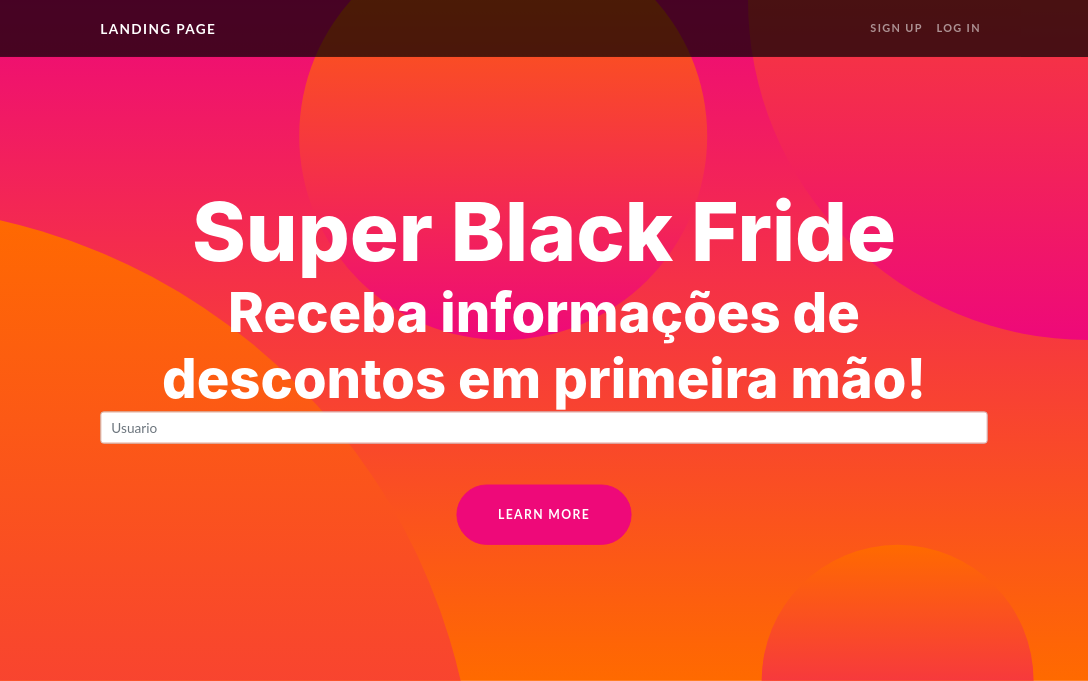
Repository: jrfalcao/landing-page
Page: /
These files come from the project's save history. The page is drawn as it stood at one moment and after the next save; the edit follows.
The browser window is 1280 px wide. The pictures show the whole page, at 85% of full size.
The project was rebuilt for these pictures with package versions that can differ from the ones it lists, and the page was loaded fresh each time.

Above is the page before, as saved 2021-07-18 16:57:25.

### src/App.js
import NavBar from './Components/NavBar';
import Header from './Components/Header';
import './App.css';

function App() {
  return (
    <div className="App">
      <NavBar />
      <Header />
    </div>
  );
}

export default App;

### src/Components/NavBar.js
export default function NavBar() {
	return (
		<nav className="navbar navbar-expand-lg navbar-dark navbar-custom fixed-top">
			<div className="container px-5">
				<a className="navbar-brand" href="#page-top">Landing Page</a>
				<button className="navbar-toggler" type="button" data-bs-toggle="collapse" data-bs-target="#navbarResponsive" aria-controls="navbarResponsive" aria-expanded="false" aria-label="Toggle navigation"><span class="navbar-toggler-icon"></span></button>
				<div className="collapse navbar-collapse" id="navbarResponsive">
					<ul className="navbar-nav ms-auto">
						<li className="nav-item"><a class="nav-link" href="#!">Sign Up</a></li>
						<li className="nav-item"><a class="nav-link" href="#!">Log In</a></li>
					</ul>
				</div>
			</div>
		</nav>
	);
}

### src/Components/Header.js
import React, {useState} from 'react';

export default function Header() {
	const [ email, setEmail ] = useState('');

	return (
		<header className="masthead text-center text-white">
			<div className="masthead-content">
				<div className="container px-5">
					<h1 className="masthead-heading mb-0">Super Black Fride</h1>
					<h3 className="masthead-subheading mb-0">Receba informações de descontos em primeira mão!</h3>
					<input className="form-control" value={email} placeholder="Usuario" onChange={ e => setEmail(e.target.value)} />
					<a className="btn btn-primary btn-xl rounded-pill mt-5" href="#scroll">Learn More</a>
				</div>
			</div>
			<div className="bg-circle-1 bg-circle"></div>
			<div className="bg-circle-2 bg-circle"></div>
			<div className="bg-circle-3 bg-circle"></div>
			<div className="bg-circle-4 bg-circle"></div>
		</header>
	);
}

### src/Components/Promotion.js
import React from 'react';

export default function Promotion(props) {
	return (
		<section id="scroll">
			<div className="container px-5">
				<div className="row gx-5 align-items-center">
					<div className={props.imageDir ? "col-lg-6 order-lg-2" : 'col-lg-6'}>
						<div className="p-5"><img class="img-fluid rounded-circle" src={props.imgUrl} alt={props.promoTitle} /></div>
					</div>
					<div className={props.imageDir ? "col-lg-6 order-lg-1" : 'col-lg-6'}>
						<div className="p-5">
							<h2 className="display-4">{props.promoTitle}</h2>
							<p>{props.description}</p>
						</div>
					</div>
				</div>
			</div>
		</section>
	);
}

Loaded but not shown: public/index.html (common file); src/index.js (common file); src/index.css (library); src/reportWebVitals.js (common file); src/assets/css/App.css (common file)

After the next save:
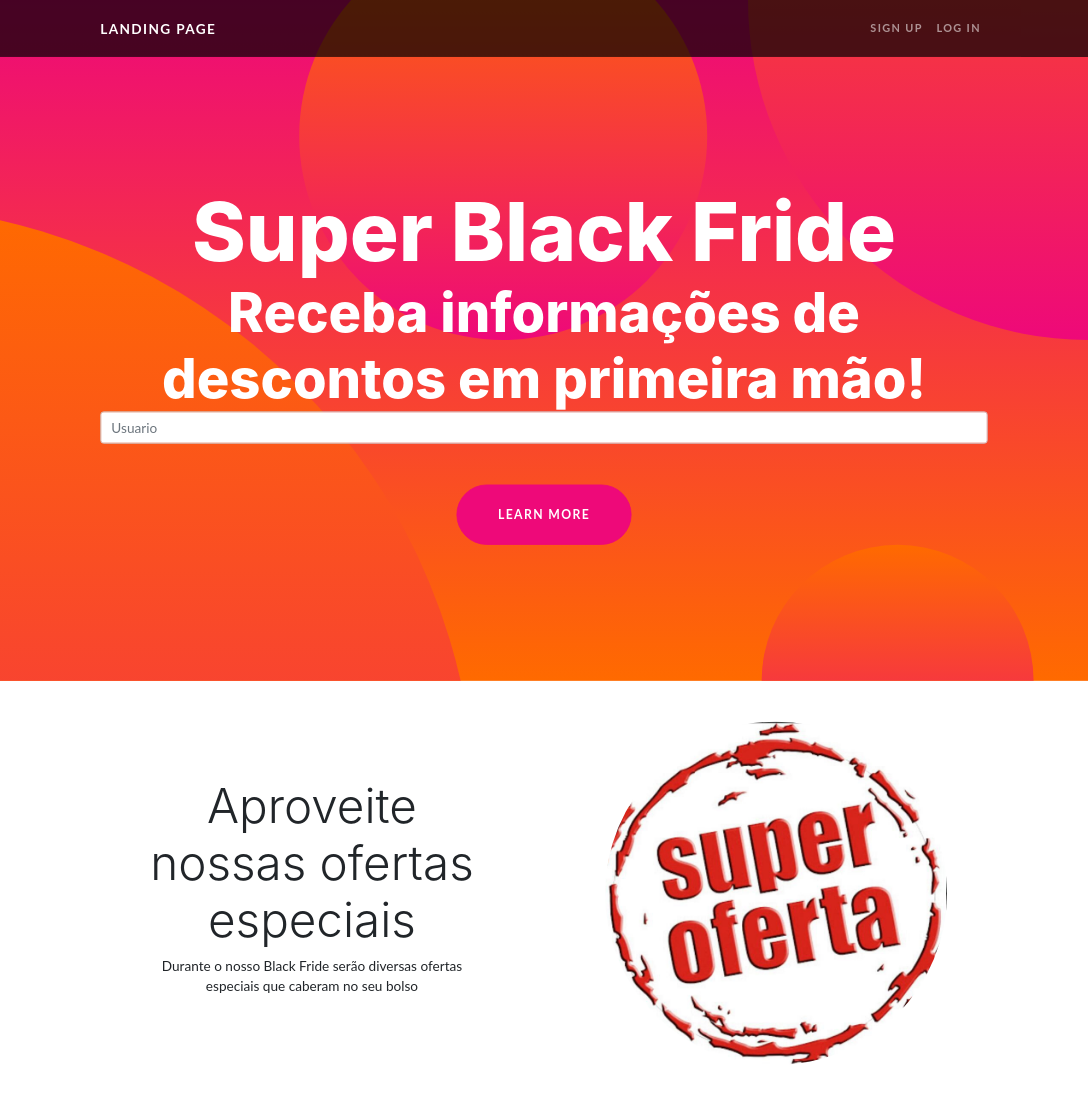
Saved 95 s later.
--- a/src/App.js
+++ b/src/App.js
@@ -1,12 +1,22 @@
 import NavBar from './Components/NavBar';
 import Header from './Components/Header';
-import './App.css';
+import Promotion from './Components/Promotion';
+
+import './assets/css/App.css';
+import Image01 from './assets/img/super_oferta.jpg'
+
 
 function App() {
   return (
     <div className="App">
       <NavBar />
       <Header />
+      <Promotion
+        imageDir={true}
+        imgUrl={Image01}
+        promoTitle="Aproveite nossas ofertas especiais"
+        description="Durante o nosso Black Fride serão diversas ofertas especiais que caberam no seu bolso"
+      />
     </div>
   );
 }
